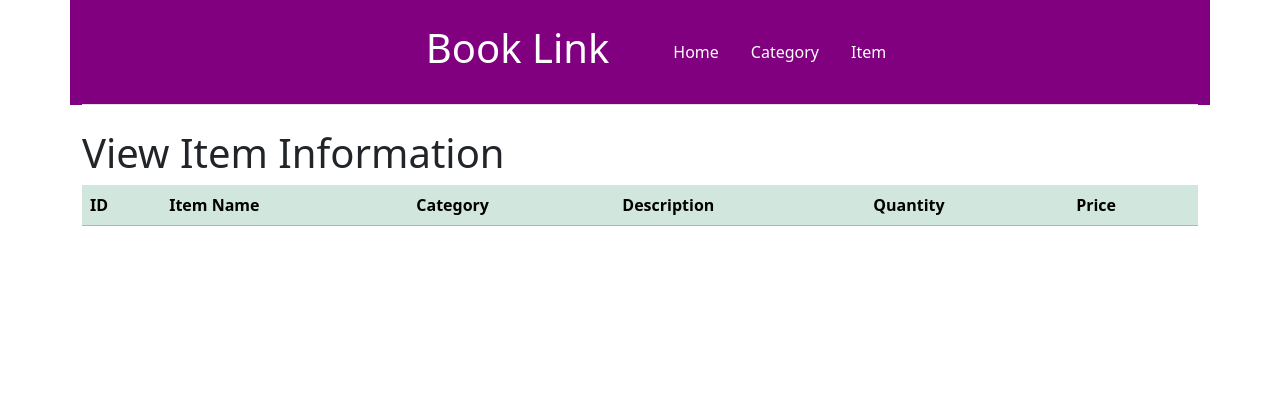
Repository: nyeinsu4520/coursera-test
Page: http://localhost/view_items
The author's editor kept a copy of each file at every save. The page is drawn from the files as they stood at one save, then again after the next save.
The browser window is 1280 px wide. The pictures show the whole page.
Some web fonts or font styles are not loaded; a fallback is used. The page is this project's Thymeleaf template; nobody is signed in. The template is opened directly, without the code that normally fills it, so the values that code supplies are empty.

Above is the page before, as saved 2024-05-28 04:19:04.

After the next save:
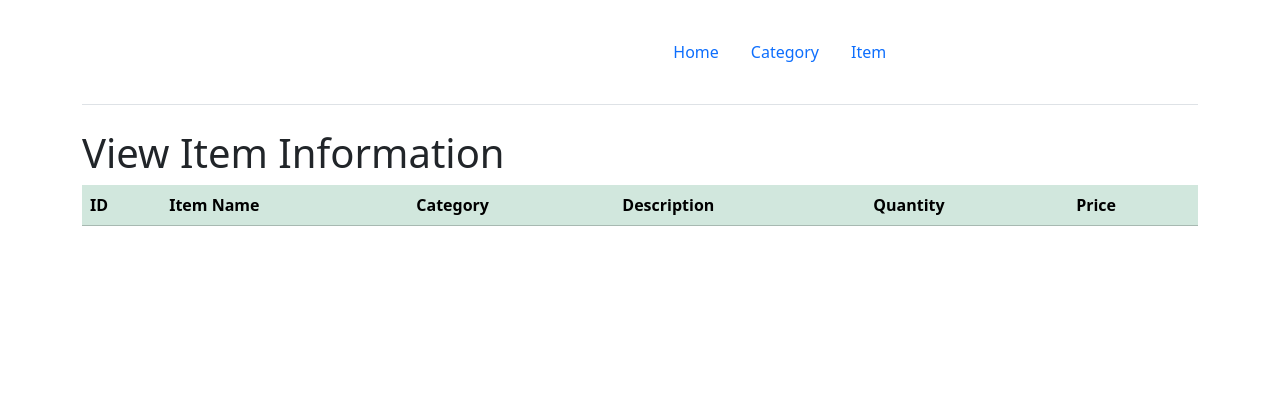
Saved 21 s later.
--- a/BookLink/src/main/resources/templates/view_items.html
+++ b/BookLink/src/main/resources/templates/view_items.html
@@ -5,15 +5,7 @@
 <title>View Items</title>
 <link rel="stylesheet" href="/bootstrap/css/bootstrap.min.css">
 <script src="bootstrap/js/bootstrap.bundle.js" type="text/javascript"></script>
-<style>
-.navbar-purple {
-    background-color: purple;
-}
 
-.navbar-purple .nav-link {
-    color: white !important;
-}
-</style>
 
 </head>
 <body>

After the save that followed:
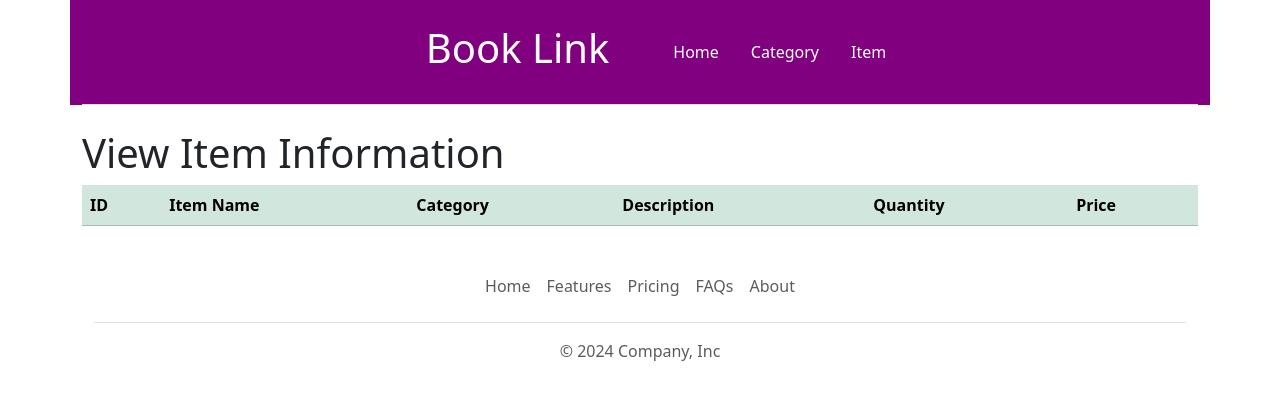
Saved 18 s later.
--- a/BookLink/src/main/resources/templates/view_items.html
+++ b/BookLink/src/main/resources/templates/view_items.html
@@ -10,18 +10,7 @@
 </head>
 <body>
 
-<div class="container  navbar-purple">
-    <header class="d-flex flex-wrap justify-content-center py-3 mb-4 border-bottom">
-    <nav class="navbar">
-     <h1 class="px-5 text-white">Book Link</h1>
-      <ul class="nav nav-pills purple-nav-link">
-        <li class="nav-item"><a href="/" class="nav-link " aria-current="page">Home</a></li>
-        <li class="nav-item"><a href="/categories" class="nav-link">Category</a></li>
-        <li class="nav-item"><a href="/view" class="nav-link">Item</a></li>
-      </ul>
-     </nav>
-    </header>
-  </div>
+<div th:replace="fragment/header"></div>
 
 <div class="container">
 <h1 >View Item Information</h1>
@@ -44,6 +33,7 @@
 	</tr>
 
 	</table>
+	<div th:replace="fragment/footer"></div>
 </body>
 </div>
 </html>
